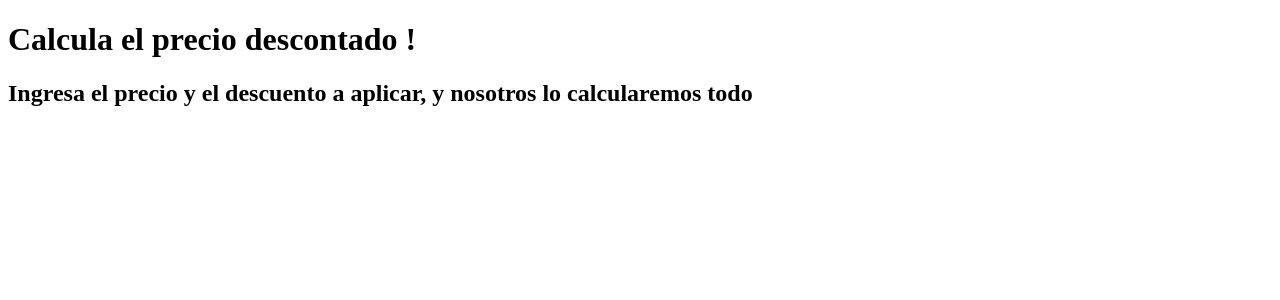
Repository: ChristianGecchelin/javascript-project
Page: javascript-project/descuentos y porcentajes/descuentos.html
These files come from the project's save history. The page is drawn as it stood at one moment and after the next save; the edit follows.
The browser window is 1280 px wide. The pictures show the whole page.

Above is the page before, as saved 2021-12-03 12:44:52.

### javascript-project/descuentos y porcentajes/descuentos.html
<!DOCTYPE html>
<html lang="es">
  <head>
    <meta charset="UTF-8" />
    <meta http-equiv="X-UA-Compatible" content="IE=edge" />
    <meta name="viewport" content="width=device-width, initial-scale=1.0" />
    <title>Porcentajes y descuentos</title>
  </head>
  <body>
    <header>
      <h1>Calcula el precio descontado !</h1>
    </header>
    <section>
      <h2>
        Ingresa el precio y el descuento a aplicar, y nosotros lo calcularemos
        todo
      </h2>
    </section>
    <script src="./descuentos.js"></script>
  </body>
</html>

### javascript-project/descuentos y porcentajes/descuentos.js
function calculoPrecioConDescuento(precio, descuento) {
  /* Calculo el porcentaje final que PAGARA el cliente */
  const porcentajePrecioConDescuento = 100 - descuento;
  const precioConDescuento = (precio * porcentajePrecioConDescuento) / 100;
  return console.log(
    `El precio original es ${precio}. El precio que pagarás es ${precioConDescuento}`
  );
}

After the next save:
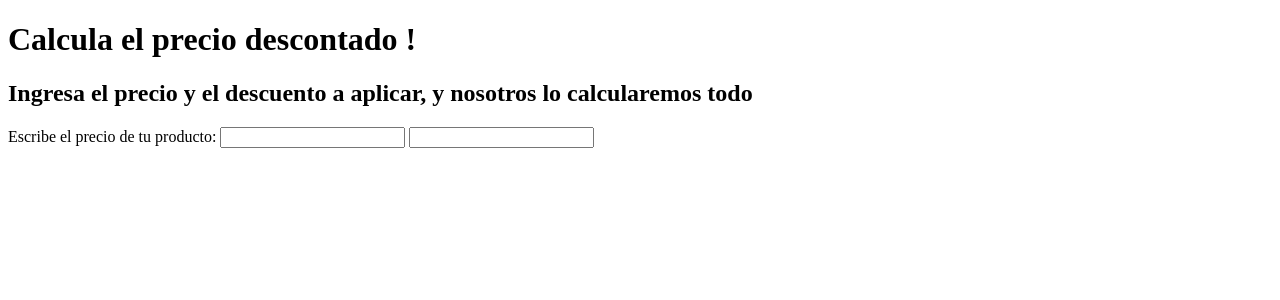
Saved 2 min 56 s later.
--- a/javascript-project/descuentos y porcentajes/descuentos.html
+++ b/javascript-project/descuentos y porcentajes/descuentos.html
@@ -15,6 +15,14 @@
         Ingresa el precio y el descuento a aplicar, y nosotros lo calcularemos
         todo
       </h2>
+      <div>
+        <form action="">
+          <label for="input-price"> Escribe el precio de tu producto:</label>
+          <input type="number" id="input-price" />
+          <label for="input-discount"></label>
+          <input type="number" id="input-discount" />
+        </form>
+      </div>
     </section>
     <script src="./descuentos.js"></script>
   </body>
